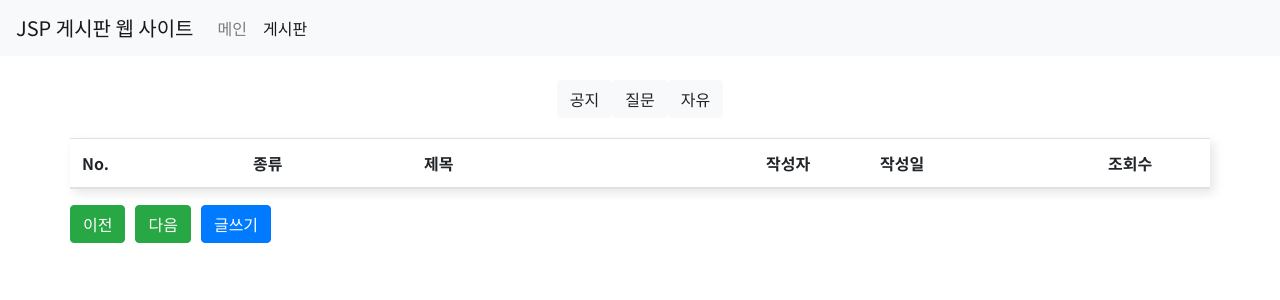
Repository: hz6450/2024-summer-jsp-notice-project
Page: http://localhost/BBS/BBS.jsp?pageNumber=0
An editor plug-in stored every save of this project. The page is shown before and after the next save, followed by the edit.
The browser window is 1280 px wide. The pictures show the whole page.
Some web fonts or font styles are not loaded; a fallback is used. Some web libraries are served in a nearby version. The page is served by Tomcat 10. Other server files are loaded and not shown. Queries for data that is not in the repository find no rows.

Above is the page before, as saved 2024-07-16 04:35:23.

### projects/BBS/src/main/webapp/BBS.jsp
<%@ page language="java" contentType="text/html; charset=UTF-8"
    pageEncoding="UTF-8"%>
<%@ page import="java.io.PrintWriter"%>
<%@ page import="bbs.BbsDAO"%>
<%@ page import="bbs.Bbs"%>
<%@ page import="java.util.ArrayList"%>
<!DOCTYPE html>
<html>
<link rel="stylesheet" href="css/custom-font.css">
<head>
<meta charset="UTF-8">
<meta name="viewport" content="width=device-width, initial-scale=1">
<title>JSP 게시판 웹 사이트</title>
<link rel="stylesheet"
    href="https://stackpath.bootstrapcdn.com/bootstrap/4.5.2/css/bootstrap.min.css">
<style type="text/css">
/* Custom CSS styles can go here */
#bbs-table {
    box-shadow: 4px 4px 10px rgba(0, 0, 0, 0.1);
}

#bbs-table th, #bbs-table td {
    vertical-align: middle;
}

.btn-arrow-left {
    margin-right: 10px;
}

/* Custom style for button container */
.btn-container {
    display: flex;
    justify-content: center; /* Center align buttons */
    margin-bottom: 20px; /* Add bottom margin for spacing */
}
</style>
</head>

<body>
    <%
    String userID = null;
    if (session.getAttribute("userID") != null) {
        userID = (String) session.getAttribute("userID");

    }
    int pageNumber = 1;
    if (request.getParameter("pageNumber") != null) {
        pageNumber = Integer.parseInt(request.getParameter("pageNumber"));
    }
    %>

    <nav class="navbar navbar-expand-lg navbar-light bg-light">
        <a class="navbar-brand" href="main.jsp">JSP 게시판 웹 사이트</a>
        <button class="navbar-toggler" type="button" data-toggle="collapse"
            data-target="#bs-example-navbar-collapse-1"
            aria-controls="bs-example-navbar-collapse-1" aria-expanded="false"
            aria-label="Toggle navigation">
            <span class="navbar-toggler-icon"></span>
        </button>

        <div class="collapse navbar-collapse"
            id="bs-example-navbar-collapse-1">
            <ul class="navbar-nav mr-auto">
                <li class="nav-item"><a class="nav-link" href="main.jsp">메인</a>
                </li>
                <li class="nav-item active"><a class="nav-link" href="BBS.jsp">게시판</a>
                </li>
            </ul>
        </div>
    </nav>

    <div class="container mt-4">

        <div class="btn-container">
            <button type="button" class="btn btn-light">공지</button>
            <button type="button" class="btn btn-light">질문</button>
            <button type="button" class="btn btn-light">자유</button>
        </div>

        <div class="row">
            <table class="table table-striped" id="bbs-table">
                <thead>
                    <tr>
                        <th scope="col" style="width: 15%">No.</th>
                        <th scope="col" style="width: 15%">종류</th>
                        <th scope="col" style="width: 30%">제목</th>
                        <th scope="col" style="width: 10%">작성자</th>
                        <th scope="col" style="width: 20%">작성일</th>
                        <th scope="col">조회수</th>
                    </tr>
                </thead>
                <tbody>
                    <%
                    BbsDAO bbsDAO = new BbsDAO();
                    ArrayList<Bbs> list = bbsDAO.getList(pageNumber);
                    for (int i = 0; i < list.size(); i++) {
                    %>
                    <tr>
                        <td><%=list.get(i).getBbsId()%></td>
                        <td><%=list.get(i).getBbsCategory()%></td>
                        <td><a href="view.jsp?bbsID=<%=list.get(i).getBbsId()%>"><%=list.get(i).getBbsTitle()%></a></td>
                        <td><%=list.get(i).getUserID()%></td>
                        <td><%=list.get(i).getBbsDate().substring(0, 16).replace(" ", "<br>")%></td>
                        <td><%=list.get(i).getBbsView()%></td>
                    </tr>
                    <%
                    }
                    %>
                </tbody>
            </table>

            <div class="d-flex justify-content-between align-items-center">
                <a href="BBS.jsp?pageNumber=<%=pageNumber - 1%>"
                    class="btn btn-success btn-arrow-left">이전</a> <a
                    href="BBS.jsp?pageNumber=<%=pageNumber + 1%>"
                    class="btn btn-success btn-arrow-left">다음</a> <a href="write.jsp"
                    class="btn btn-primary">글쓰기</a>
            </div>
        </div>
    </div>

    <script src="https://code.jquery.com/jquery-3.5.1.slim.min.js"></script>
    <script
        src="https://cdn.jsdelivr.net/npm/@popperjs/core@1.16.1/dist/umd/popper.min.js"></script>
    <script
        src="https://stackpath.bootstrapcdn.com/bootstrap/4.5.2/js/bootstrap.min.js"></script>
</body>

</html>

### projects/BBS/src/main/java/bbs/BbsDAO.java
package bbs;

import java.sql.Connection;
import java.sql.DriverManager;
import java.sql.PreparedStatement;
import java.sql.ResultSet;
import java.util.ArrayList;

public class BbsDAO {

	private Connection conn;
	private ResultSet rs;

	public BbsDAO() {
		try {
			String dbURL = "jdbc:mysql://localhost:3306/BBS";
			String dbID = "root";
			String dbPassword = "6450";
			Class.forName("com.mysql.jdbc.Driver");
			conn = DriverManager.getConnection(dbURL, dbID, dbPassword);
		} catch (Exception e) {
			e.printStackTrace();
		}
	}

	public String getDate() {
		String SQL = "SELECT NOW()";
		try {
			PreparedStatement pstmt = conn.prepareStatement(SQL);
			rs = pstmt.executeQuery();
			if (rs.next()) {
				return rs.getString(1);
			}
		} catch (Exception e) {
			e.printStackTrace();
		}
		return "";
	}

	public int getNext() {
		String SQL = "SELECT bbsID FROM BBS ORDER BY bbsID DESC";
		try {
			PreparedStatement pstmt = conn.prepareStatement(SQL);
			rs = pstmt.executeQuery();
			if (rs.next()) {
				return rs.getInt(1) + 1;
			}
		} catch (Exception e) {
			e.printStackTrace();
		}
		return 1;
	}

	public int write(String bbsTitle, String userID, String bbsContent, String bbsCategory) {
		String SQL = "INSERT INTO BBS VALUE(?,?,?,?,?,?,?,?)";
		try {
			PreparedStatement pstmt = conn.prepareStatement(SQL);

			pstmt.setInt(1, getNext());
			pstmt.setString(2, bbsTitle);
			pstmt.setString(3, userID);
			pstmt.setString(4, getDate());
			pstmt.setString(5, bbsContent);
			pstmt.setInt(6, 1);
			pstmt.setInt(7, 0);
			pstmt.setString(8, bbsCategory);
			return pstmt.executeUpdate();
		} catch (Exception e) {
			e.printStackTrace();
		}
		return -1;
	}

	public ArrayList<Bbs> getList(int pageNumber) {
		String SQL = "SELECT * From BBS WHERE bbsID < ? AND bbsAvailable = 1 ORDER BY bbsID DESC LIMIT 5";
		ArrayList<Bbs> list = new ArrayList<Bbs>();
		try {
			PreparedStatement pstmt = conn.prepareStatement(SQL);
			pstmt.setInt(1, getNext() - (pageNumber - 1) * 5);
			rs = pstmt.executeQuery();
			while (rs.next()) {
				Bbs bbs = new Bbs();
				bbs.setBbsId(rs.getInt(1));
				bbs.setBbsTitle(rs.getString(2));
				bbs.setUserID(rs.getString(3));
				bbs.setBbsDate(rs.getString(4));
				bbs.setBbsContent(rs.getString(5));
				bbs.setBbsAvailable(rs.getInt(6));
				bbs.setBbsView(rs.getInt(7));
				bbs.setBbsCategory(rs.getString(8));
				list.add(bbs);
			}
		} catch (Exception e) {
			e.printStackTrace();
		}
		return list;
	}

	public boolean nextPage(int pageNumber) {
		String SQL = "SELECT * From BBS WHERE bbsAvailable = 1 ORDER BY bbsID DESC LIMIT 20";
		try {
			PreparedStatement pstmt = conn.prepareStatement(SQL);
			pstmt.setInt(1, getNext() - (pageNumber - 1) * 5);
			rs = pstmt.executeQuery();
			if (rs.next()) {
				return true;
			}
		} catch (Exception e) {
			e.printStackTrace();
		}
		return false;
	}

	public Bbs getBbs(int bbsID) {
		String SQL = "SELECT * FROM BBS WHERE bbsID = ?";
		try {
			PreparedStatement pstmt = conn.prepareStatement(SQL);
			pstmt.setInt(1, bbsID);
			rs = pstmt.executeQuery();
			if (rs.next()) {
				Bbs bbs = new Bbs();
				bbs.setBbsId(rs.getInt(1));
				bbs.setBbsTitle(rs.getString(2));
				bbs.setUserID(rs.getString(3));
				bbs.setBbsDate(rs.getString(4));
				bbs.setBbsContent(rs.getString(5));
				bbs.setBbsAvailable(rs.getInt(6));
				int bbsView = rs.getInt(7);
				bbs.setBbsCategory(rs.getString(8));
				bbs.setBbsView(bbsView);
				bbsView = bbsView + 1;
				countUpdate(bbsView, bbsID);
				return bbs;
			}
		} catch (Exception e) {
			e.printStackTrace();
		}
		return null;
	}

	public int countUpdate(int bbsCount, int bbsID) {
		String SQL = "update bbs set bbsViews = ? where bbsID = ?";
		try {
			PreparedStatement pstmt = conn.prepareStatement(SQL);
			pstmt.setInt(1, bbsCount);// 물음표의 순서
			pstmt.setInt(2, bbsID);
			return pstmt.executeUpdate();// insert,delete,update
		} catch (Exception e) {
			e.printStackTrace();
		}
		return -1;// 데이터베이스 오류
	}

	public int update(int bbsID, String bbsTitle, String bbsContent) {
		String SQL = "UPDATE BBS SET bbsTitle = ?, bbsContent= ? WHERE bbsID = ?";
		try {
			PreparedStatement pstmt = conn.prepareStatement(SQL);

			pstmt.setString(1, bbsTitle);
			pstmt.setString(2, bbsContent);
			pstmt.setInt(3, bbsID);

			return pstmt.executeUpdate();
		} catch (Exception e) {
			e.printStackTrace();
		}
		return -1;
	}

	public int delete(int bbsID) {
		String SQL = "DELETE FROM BBS WHERE bbsID = ?";
		try {
			PreparedStatement pstmt = conn.prepareStatement(SQL);
			pstmt.setInt(1, bbsID);

			return pstmt.executeUpdate();
		} catch (Exception e) {
			e.printStackTrace();
		}
		return -1;
	}
}

### projects/BBS/src/main/webapp/css/custom-font.css
@charset "UTF-8";

@import url(http://fonts.googleapis.com/earlyaccess/nanumgothic.css);

@import url(http://fonts.googleapis.com/earlyaccess/hanna.css);

@import url('https://fonts.googleapis.com/css2?family=Noto+Sans+KR:wght@100..900&display=swap');

* {
	font-family: "Noto Sans KR";
}

h1 {
	font-family: "Hanna";
}

After the next save:
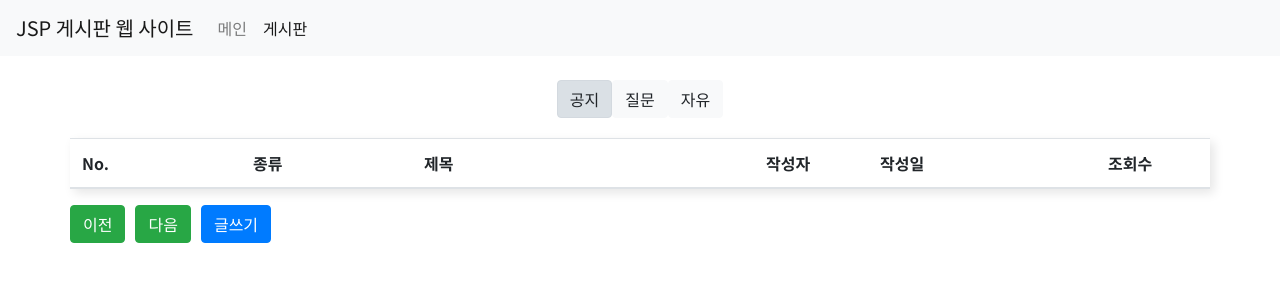
Saved 22 s later.
--- a/projects/BBS/src/main/webapp/BBS.jsp
+++ b/projects/BBS/src/main/webapp/BBS.jsp
@@ -72,7 +72,7 @@
     <div class="container mt-4">
 
         <div class="btn-container">
-            <button type="button" class="btn btn-light">공지</button>
+            <button type="button" class="btn btn-light active">공지</button>
             <button type="button" class="btn btn-light">질문</button>
             <button type="button" class="btn btn-light">자유</button>
         </div>
